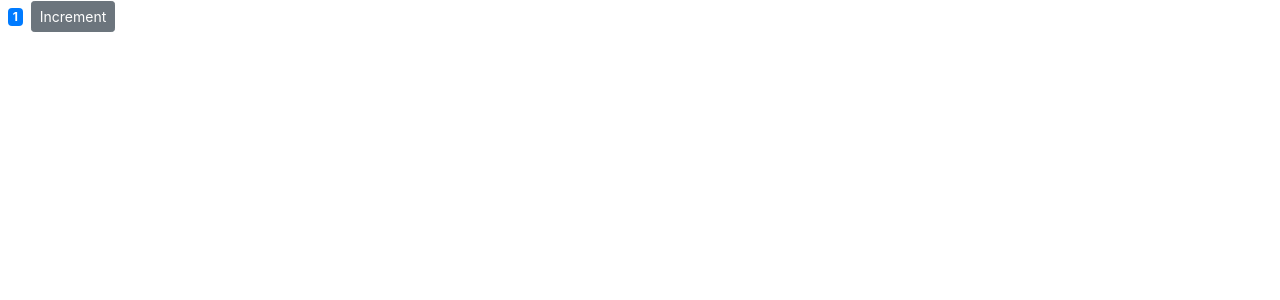
Repository: smk87/First-React-App
Page: /
An editor plug-in stored every save of this project. The page is shown before and after the next save, followed by the edit.
The browser window is 1280 px wide. The pictures show the whole page.
The project was rebuilt for these pictures with package versions that can differ from the ones it lists, and the page was loaded fresh each time. Also part of the build but not shown: src/App.css, src/App.js.

Above is the page before, as saved 2019-01-04 21:04:34.

After the next save:
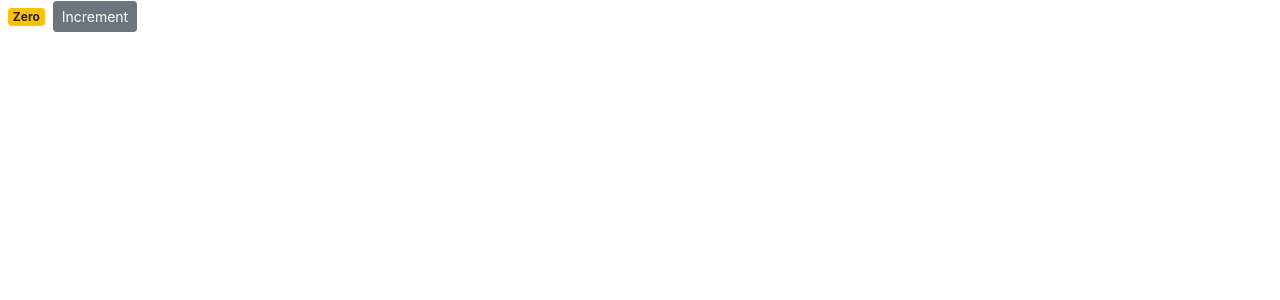
Saved 59 s later.
--- a/src/components/counter.jsx
+++ b/src/components/counter.jsx
@@ -2,7 +2,8 @@ import React, { Component } from "react";
 
 class Counter extends Component {
   state = {
-    count: 1
+    count: 0,
+    tags: ["tag1", "tag2", "tag3"]
   };
 
   render() {
